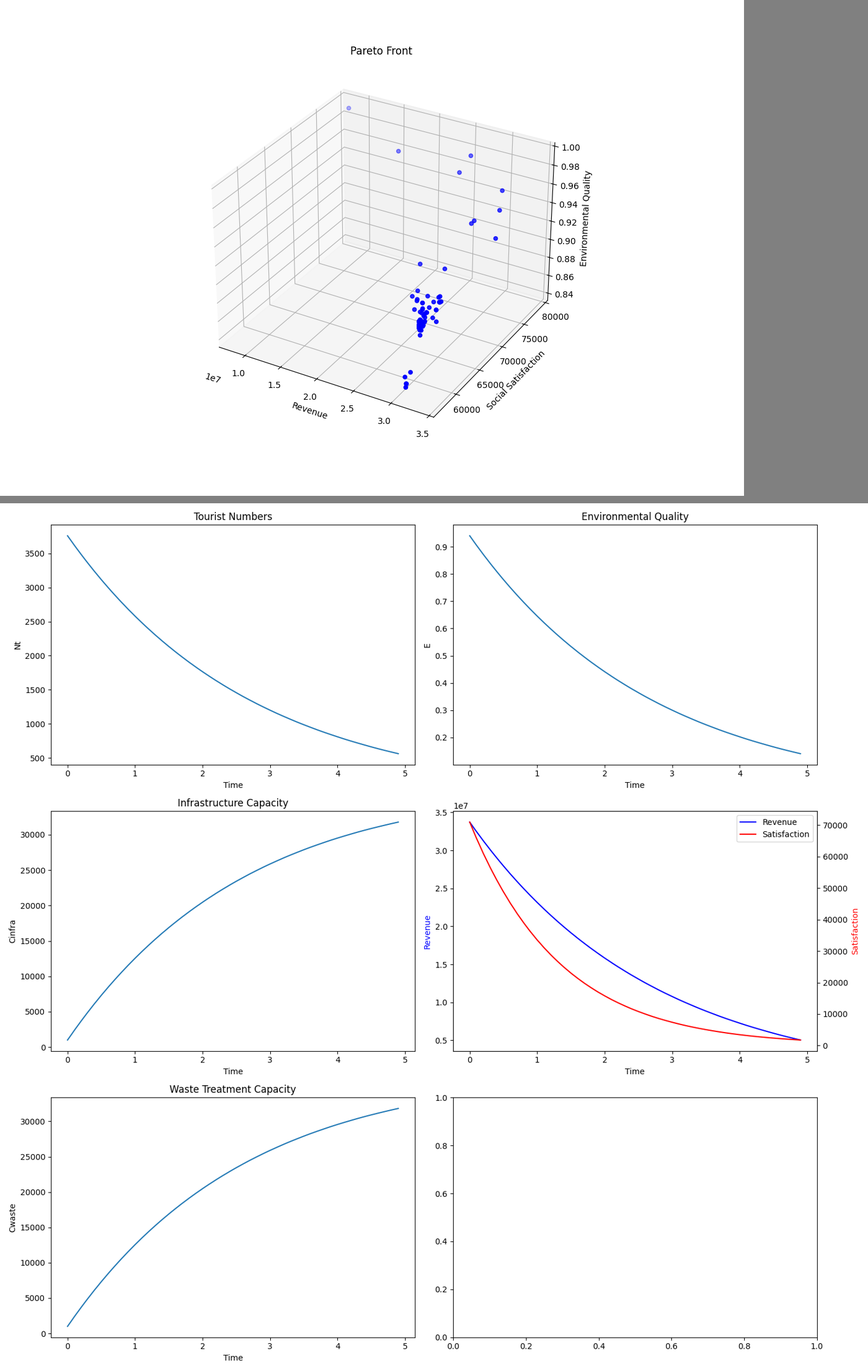
Repository: Kevinye0116/MCM
Script's output: python Coding/trial3.py
The author's editor kept a copy of each file at every save. The script's output is drawn from the files as they stood at one save, then again after the next save.
The pictures are shown at 62% of full size.
Each picture stacks the figures in order, with grey between them; figures that are only written to a file come last. Figures wider than 1,400 px are first shrunk to that width. Random numbers start from a fixed seed.

Above is the script's output before, as saved 2025-01-25 21:48:27.

### Coding/trial3.py
from typing import List, Tuple

import matplotlib.pyplot as plt
import numpy as np
from mpl_toolkits.mplot3d import Axes3D


class TourismOptimization:
    def __init__(self):
        # 模型系数
        self.k1 = 0.1  # 环保投资效率系数
        self.k2 = 0.05  # 碳排放影响系数
        self.k3 = 0.2  # 自然恢复系数
        self.k4 = 0.15  # 基础设施发展系数
        self.k5 = 0.3  # 基础设施投资系数
        self.k6 = 0.25  # 环保投资系数

        # 社会满意度参数
        self.a1 = 0.01  # 游客数量对居民满意度的影响系数
        self.a2 = 0.02  # 旅游税对游客满意度的影响系数
        self.a3 = 0.015  # 消费水平对游客满意度的影响系数
        self.b1 = 100  # 居民基础满意度
        self.b2 = 100  # 游客基础满意度

        # 发展参数
        self.gamma = 0.1  # 游客增长率
        self.delta = 0.05  # 环境影响因子

        # 约束条件上限
        self.Nt_max = 5000000  # 最大游客数量
        self.tau_max = 100  # 最大旅游税
        self.Pt_max = 10000  # 最大游客消费
        self.CO2_max = 500000  # 最大碳排放量
        self.E_min = 50  # 最小环境质量指数

        # 其他参数
        self.Ch = 1000  # 隐性成本
        self.CO2p = 0.5  # 人均碳排放量
        self.Rnature = 100  # 自然恢复能力基准值

        # 系统动态参数
        self.dt = 0.1  # 时间步长
        self.E = self.E_min  # 初始环境质量
        self.Cinfra = 1000  # 初始基础设施容量

        # 新增参数
        self.Cwater = 1000  # 水资源容量
        self.Cwaste = 1000  # 废物处理容量
        self.a4 = 0.01  # 游客数量对游客满意度的影响系数
        self.b3 = 10  # 废物处理基准增长率

    def calculate_revenue(self, x: np.ndarray) -> float:
        """计算总收入"""
        Nt, tau_t, Pt = x
        return Pt * Nt  # 简化为游客消费与数量的乘积

    def calculate_social_satisfaction(self, x: np.ndarray) -> float:
        """计算社会满意度"""
        Nt, tau_t, Pt = x
        # 居民满意度包含二次项
        S_residents = self.a1 * Nt * Nt + self.a2 * Nt + self.b1
        # 游客满意度新增游客数量影响
        S_tourists = self.a3 * Pt + self.a4 * Nt + self.b2
        # 加权平均
        return 0.5 * S_residents + 0.5 * S_tourists

    def calculate_environmental_quality(self, x: np.ndarray) -> float:
        """计算环境质量指数"""
        Nt, tau_t, Pt = x
        return (
            self.k1 * self.CO2p * Nt / self.CO2_max
            + self.k2 * Nt / self.Cinfra
            + self.k3 * Nt / self.Cwater
        )

    def calculate_dE_dt(self, x: np.ndarray) -> float:
        """计算环境质量的变化率 dE/dt"""
        Nt, tau_t, Pt = x
        Pe = self.k6 * tau_t * Nt  # 环保投资
        return self.k1 * Pe - self.k2 * (self.CO2p * Nt) + self.k3 * self.Rnature

    def calculate_dCinfra_dt(self, x: np.ndarray) -> float:
        """计算基础设施容量的变化率 dCinfra/dt"""
        Nt, tau_t, Pt = x
        Pb = self.k5 * tau_t * Nt  # 基础设施投资
        return self.k4 * Pb

    def calculate_dCwaste_dt(self, x: np.ndarray) -> float:
        """计算废物处理容量的变化率 dCwaste/dt"""
        Nt, tau_t, Pt = x
        Pb = self.k5 * tau_t * Nt  # 基础设施投资
        return self.k4 * Pb + self.b3

    def calculate_next_Nt(self, x: np.ndarray, E: float) -> float:
        """计算下一时刻的游客数量"""
        Nt, tau_t, Pt = x
        Stourists = -self.a2 * tau_t - self.a3 * Pt + self.b2
        return Nt * (1 + self.gamma * Stourists / 100) - self.delta * (self.E_min - E)

    def constraints(self, x: np.ndarray) -> List[float]:
        """检查所有约束条件"""
        Nt, tau_t, Pt = x
        return [
            self.Nt_max - Nt,  # 游客数量上限约束
            self.tau_max - tau_t,  # 旅游税上限约束
            self.Pt_max - Pt,  # 消费上限约束
            self.CO2_max - Nt * self.CO2p,  # 碳排放约束
            -self.a1 * Nt + self.b1 - 60,  # 居民满意度最低要求
            Nt,  # 游客数量非负
            tau_t,  # 旅游税非负
            Pt,  # 消费非负
        ]

    def is_feasible(self, x: np.ndarray) -> bool:
        """检查解是否满足所有约束条件"""
        return all(c >= 0 for c in self.constraints(x))

    def dominates(
        self, obj1: Tuple[float, float, float], obj2: Tuple[float, float, float]
    ) -> bool:
        """检查obj1是否支配obj2"""
        return all(o1 >= o2 for o1, o2 in zip(obj1, obj2)) and any(
            o1 > o2 for o1, o2 in zip(obj1, obj2)
        )

    def crossover_and_mutate(
        self, parent1: np.ndarray, parent2: np.ndarray
    ) -> np.ndarray:
        """进行交叉和变异操作"""
        # 算术交叉
        alpha = np.random.random()
        child = alpha * parent1 + (1 - alpha) * parent2

        # 变异
        mutation_rate = 0.1
        if np.random.random() < mutation_rate:
            mutation_strength = 0.1
            child += np.random.normal(0, mutation_strength, size=3)

        # 确保在约束范围内
        child[0] = np.clip(child[0], 0, self.Nt_max)
        child[1] = np.clip(child[1], 0, self.tau_max)
        child[2] = np.clip(child[2], 0, self.Pt_max)

        return child

    def pareto_optimization(
        self, population_size: int = 100, generations: int = 50
    ) -> List[np.ndarray]:
        """执行帕累托优化"""
        # 初始化种群
        population = []
        while len(population) < population_size:
            x = np.array(
                [
                    np.random.uniform(0, self.Nt_max),
                    np.random.uniform(0, self.tau_max),
                    np.random.uniform(0, self.Pt_max),
                ]
            )
            if self.is_feasible(x):
                population.append(x)

        pareto_front = []
        for generation in range(generations):
            # 评估当前种群的目标函数值
            objectives = []
            for solution in population:
                if self.is_feasible(solution):
                    obj1 = self.calculate_revenue(solution)
                    obj2 = self.calculate_social_satisfaction(solution)
                    obj3 = self.calculate_environmental_quality(solution)
                    objectives.append((obj1, obj2, obj3))
                else:
                    objectives.append((-np.inf, -np.inf, -np.inf))

            # 更新帕累托前沿
            for i, solution in enumerate(population):
                if not self.is_feasible(solution):
                    continue
                dominated = False
                for j, other_solution in enumerate(population):
                    if (
                        i != j
                        and self.is_feasible(other_solution)
                        and self.dominates(objectives[j], objectives[i])
                    ):
                        dominated = True
                        break
                if not dominated:
                    pareto_front.append(solution)

            # 生成新种群
            new_population = []
            while len(new_population) < population_size:
                # 锦标赛选择
                tournament = np.random.choice(len(population), 2, replace=False)
                if objectives[tournament[0]][0] > objectives[tournament[1]][0]:
                    parent1 = population[tournament[0]]
                else:
                    parent1 = population[tournament[1]]

                tournament = np.random.choice(len(population), 2, replace=False)
                if objectives[tournament[0]][1] > objectives[tournament[1]][1]:
                    parent2 = population[tournament[0]]
                else:
                    parent2 = population[tournament[1]]

                # 交叉和变异
                child = self.crossover_and_mutate(parent1, parent2)
                if self.is_feasible(child):
                    new_population.append(child)

            population = new_population

        # 移除重复解
        pareto_front = np.unique(pareto_front, axis=0)
        return pareto_front

    def simulate_system(self, x: np.ndarray, time_steps: int = 10) -> List[dict]:
        """模拟系统动态变化"""
        history = []
        current_x = x.copy()
        current_Cinfra = self.Cinfra
        current_Cwaste = self.Cwaste

        for t in range(time_steps):
            # 直接计算环境质量，而不是通过变化率
            current_E = self.calculate_environmental_quality(current_x)

            state = {
                "t": t * self.dt,
                "Nt": current_x[0],
                "tau_t": current_x[1],
                "Pt": current_x[2],
                "E": current_E,
                "Cinfra": current_Cinfra,
                "Cwaste": current_Cwaste,
                "Revenue": self.calculate_revenue(current_x),
                "Satisfaction": self.calculate_social_satisfaction(current_x),
            }
            history.append(state)

            # 计算其他状态变量的变化率
            dCinfra = self.calculate_dCinfra_dt(current_x) * self.dt
            dCwaste = self.calculate_dCwaste_dt(current_x) * self.dt

            # 更新状态变量
            current_Cinfra += dCinfra
            current_Cwaste += dCwaste
            next_Nt = self.calculate_next_Nt(current_x, current_E)
            current_x[0] = np.clip(next_Nt, 0, self.Nt_max)

        return history

    def visualize_pareto_front(self, pareto_front: List[np.ndarray]):
        """可视化帕累托前沿"""
        if len(pareto_front) == 0:
            print("No feasible solutions found!")
            return

        objectives = np.array(
            [
                [
                    self.calculate_revenue(x),
                    self.calculate_social_satisfaction(x),
                    self.calculate_environmental_quality(x),
                ]
                for x in pareto_front
            ]
        )

        fig = plt.figure(figsize=(12, 8))
        ax = fig.add_subplot(111, projection="3d")

        scatter = ax.scatter(
            objectives[:, 0], objectives[:, 1], objectives[:, 2], c="b", marker="o"
        )

        ax.set_xlabel("Revenue")
        ax.set_ylabel("Social Satisfaction")
        ax.set_zlabel("Environmental Quality")
        ax.set_title("Pareto Front")

        plt.show()

    def plot_simulation_results(self, history: List[dict]):
        """绘制模拟结果"""
        t = [state["t"] for state in history]
        Nt = [state["Nt"] for state in history]
        E = [state["E"] for state in history]
        Cinfra = [state["Cinfra"] for state in history]
        Cwaste = [state["Cwaste"] for state in history]  # 新增废物处理容量数据
        Revenue = [state["Revenue"] for state in history]
        Satisfaction = [state["Satisfaction"] for state in history]

        fig, axes = plt.subplots(3, 2, figsize=(15, 15))  # 增加图表数量

        # 游客数量变化
        axes[0, 0].plot(t, Nt)
        axes[0, 0].set_title("Tourist Numbers")
        axes[0, 0].set_xlabel("Time")
        axes[0, 0].set_ylabel("Nt")

        # 环境质量变化
        axes[0, 1].plot(t, E)
        axes[0, 1].set_title("Environmental Quality")
        axes[0, 1].set_xlabel("Time")
        axes[0, 1].set_ylabel("E")

        # 基础设施容量变化
        axes[1, 0].plot(t, Cinfra)
        axes[1, 0].set_title("Infrastructure Capacity")
        axes[1, 0].set_xlabel("Time")
        axes[1, 0].set_ylabel("Cinfra")

        # 废物处理容量变化
        axes[2, 0].plot(t, Cwaste)
        axes[2, 0].set_title("Waste Treatment Capacity")
        axes[2, 0].set_xlabel("Time")
        axes[2, 0].set_ylabel("Cwaste")

        # 收入和满意度变化
        ax2 = axes[1, 1].twinx()
        (l1,) = axes[1, 1].plot(t, Revenue, "b-", label="Revenue")
        (l2,) = ax2.plot(t, Satisfaction, "r-", label="Satisfaction")
        axes[1, 1].set_xlabel("Time")
        axes[1, 1].set_ylabel("Revenue", color="b")
        ax2.set_ylabel("Satisfaction", color="r")
        axes[1, 1].legend(handles=[l1, l2])

        plt.tight_layout()
        plt.show()


def main():
    # 设置随机种子以保证结果可重复
    np.random.seed(42)

    # 创建优化器实例
    optimizer = TourismOptimization()

    # 执行帕累托优化
    print("正在进行帕累托优化...")
    pareto_front = optimizer.pareto_optimization(population_size=100, generations=50)

    # 可视化帕累托前沿
    print(f"找到 {len(pareto_front)} 个帕累托最优解")
    optimizer.visualize_pareto_front(pareto_front)

    # 选择一个示例解进行系统动态模拟
    if len(pareto_front) > 0:
        # 选择收入最高的解作为示例
        example_solution = max(
            pareto_front, key=lambda x: optimizer.calculate_revenue(x)
        )

        print("\n选定的示例解：")
        print(f"游客数量: {example_solution[0]:.0f}")
        print(f"旅游税: {example_solution[1]:.2f}")
        print(f"游客消费: {example_solution[2]:.2f}")
        print(f"预期收入: {optimizer.calculate_revenue(example_solution):.2f}")
        print(
            f"社会满意度: {optimizer.calculate_social_satisfaction(example_solution):.2f}"
        )
        print(
            f"环境质量: {optimizer.calculate_environmental_quality(example_solution):.2f}"
        )

        # 模拟系统动态变化
        print("\n正在模拟系统动态变化...")
        history = optimizer.simulate_system(example_solution, time_steps=50)

        # 可视化模拟结果
        optimizer.plot_simulation_results(history)
    else:
        print("未找到可行解！")


if __name__ == "__main__":
    main()

After the next save:
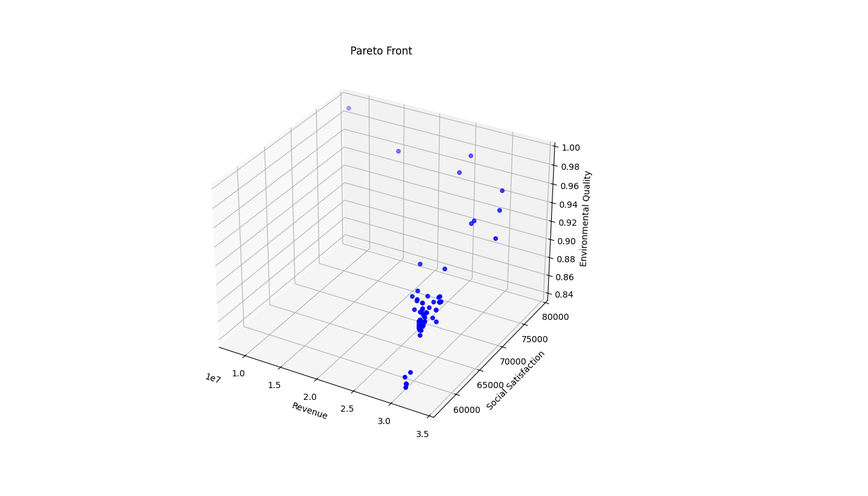
Error: AttributeError: 'TourismOptimization' object has no attribute 'calculate_dCinfra_dt'
Saved 21 s later.
--- a/Coding/trial3.py
+++ b/Coding/trial3.py
@@ -72,18 +72,6 @@ class TourismOptimization:
             + self.k2 * Nt / self.Cinfra
             + self.k3 * Nt / self.Cwater
         )
-
-    def calculate_dE_dt(self, x: np.ndarray) -> float:
-        """计算环境质量的变化率 dE/dt"""
-        Nt, tau_t, Pt = x
-        Pe = self.k6 * tau_t * Nt  # 环保投资
-        return self.k1 * Pe - self.k2 * (self.CO2p * Nt) + self.k3 * self.Rnature
-
-    def calculate_dCinfra_dt(self, x: np.ndarray) -> float:
-        """计算基础设施容量的变化率 dCinfra/dt"""
-        Nt, tau_t, Pt = x
-        Pb = self.k5 * tau_t * Nt  # 基础设施投资
-        return self.k4 * Pb
 
     def calculate_dCwaste_dt(self, x: np.ndarray) -> float:
         """计算废物处理容量的变化率 dCwaste/dt"""
